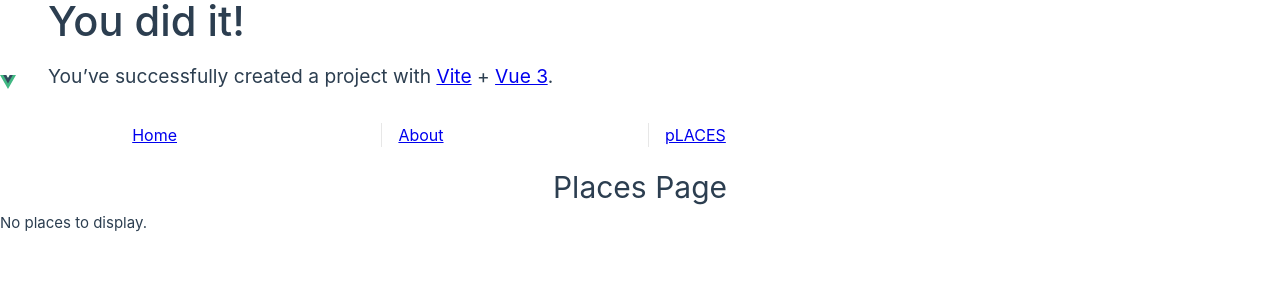
Repository: KevMn6ix/MOD8-2232-GRA-Damois-Leroi--Morant-Munto
Page: /places/travel (app in MOD8-2232-GRA-Damois-Leroi--Morant-Munto/)
These files come from the project's save history. The page is drawn as it stood at one moment and after the next save; the edit follows.
The browser window is 1280 px wide. The pictures show the whole page.
The project was rebuilt for these pictures with package versions that can differ from the ones it lists, and the page was loaded fresh each time. Also part of the build but not shown: MOD8-2232-GRA-Damois-Leroi--Morant-Munto/vite.config.js, MOD8-2232-GRA-Damois-Leroi--Morant-Munto/src/components/RowLandingPage.vue, MOD8-2232-GRA-Damois-Leroi--Morant-Munto/src/components/PlaceItem.vue, MOD8-2232-GRA-Damois-Leroi--Morant-Munto/src/components/PlaceList.vue.

Above is the page before, as saved 2023-10-04 11:22:38.

### MOD8-2232-GRA-Damois-Leroi--Morant-Munto/src/App.vue
<script setup>
import { RouterLink, RouterView } from 'vue-router'
import HelloWorld from './components/HelloWorld.vue'
</script>

<template>
  <header>
    <img alt="Vue logo" class="logo" src="@/assets/logo.svg" width="125" height="125" />

    <div class="wrapper">
      <HelloWorld msg="You did it!" />

      <nav>
        <RouterLink to="/">Home</RouterLink>
        <RouterLink to="/about">About</RouterLink>
        <RouterLink to="/places/:types">pLACES</RouterLink>
      </nav>
    </div>
  </header>

  <RouterView />
</template>

<style scoped>
header {
  line-height: 1.5;
  max-height: 100vh;
}

.logo {
  display: block;
  margin: 0 auto 2rem;
}

nav {
  width: 100%;
  font-size: 12px;
  text-align: center;
  margin-top: 2rem;
}

nav a.router-link-exact-active {
  color: var(--color-text);
}

nav a.router-link-exact-active:hover {
  background-color: transparent;
}

nav a {
  display: inline-block;
  padding: 0 1rem;
  border-left: 1px solid var(--color-border);
}

nav a:first-of-type {
  border: 0;
}

@media (min-width: 1024px) {
  header {
    display: flex;
    place-items: center;
    padding-right: calc(var(--section-gap) / 2);
  }

  .logo {
    margin: 0 2rem 0 0;
  }

  header .wrapper {
    display: flex;
    place-items: flex-start;
    flex-wrap: wrap;
  }

  nav {
    text-align: left;
    margin-left: -1rem;
    font-size: 1rem;

    padding: 1rem 0;
    margin-top: 1rem;
  }
}
</style>

### MOD8-2232-GRA-Damois-Leroi--Morant-Munto/src/router/index.js
import { createRouter, createWebHistory } from 'vue-router'
import HomeView from '../views/HomeView.vue'

const router = createRouter({
  history: createWebHistory(import.meta.env.BASE_URL),
  routes: [
    {
      path: '/',
      name: 'home',
      component: HomeView
    },
    {
      path: '/about',
      name: 'about',
      // route level code-splitting
      // this generates a separate chunk (About.[hash].js) for this route
      // which is lazy-loaded when the route is visited.
      component: () => import('../views/AboutView.vue')
    },
    {
      path: '/places/:types',
      name: 'PlacesList',

      component: () => import('../views/PlaceListView.vue')
    },
    {

      path: '/places/:types/:id',
      name: 'PlacePage',

      component: () => import('../views/PlacesPage.vue')


    }
  ]
})

export default router

### MOD8-2232-GRA-Damois-Leroi--Morant-Munto/src/views/HomeView.vue
<script setup>
import { ref } from 'vue'
import NavBar from '../components/NavBar.vue';
import RowLandingPage from '../components/RowLandingPage.vue';
import PlaceList from '../components/PlaceList.vue';
import { RouterLink} from 'vue-router'
const userInput = ref('');
let id = ref(0);
const placeList = ref([
  {Id: ++id, Title: "Brutopia", Address: "888 rjij", Rating: 2, HygieneRating: 5, AmbianceRating: 3, PriceRating: 5},
  {Id: ++id, Title: "cheval blanc", Address: "56656 fd", Rating: 3, HygieneRating: 3, AmbianceRating: 4, PriceRating: 2},
  {Id: ++id, Title: "nyx", Address: "86 sfd", Rating: 1, HygieneRating: 4, AmbianceRating: 4, PriceRating: 2}
])
</script>

<template>
  <header>
    <NavBar @user-input="(termInputed) => {userInput = termInputed; console.log(termInputed)}"/>
  </header>
  <main id="home-body">
    <div v-if="userInput === ''">
    <h1>
      Visit the most beautiful places with MTL<br>Student Spot !
    </h1>

    <RouterLink :to="{name : 'PlacesPage', params : {types: 'restaurants'}}">

      <!-- <img class="logo" src="../assets/restaurant.jpg" alt="restaurant">  -->

    <RowLandingPage textId="restaurant" textTitle="Restaurant"/>
    </RouterLink>

    <RouterLink :to="{name : 'PlacesPage', params : {types: 'activities'}}">
      <RowLandingPage textId="travel" textTitle="Travel"/>
    </RouterLink>

    <RouterLink :to="{name : 'PlacesPage', params : {types: 'travel'}}">
      <RowLandingPage textId="activity" textTitle="Activity"/>
    </RouterLink>

  </div>
  <div v-else>
    <PlaceList :searchTerms="userInput" :placeArray="placeList"/>
  </div>


  </main>
  <router-link to="/places/review" name='placereview'> review</router-link>
</template>
<style>
h1 {
  text-align: center;
}
header {
  line-height: 1.5;
  max-height: 100vh;
}
.logo {
  display: block;
  margin: 0 auto 2rem;
}

nav {
  width: 100%;
  font-size: 12px;
  text-align: center;
  margin-top: 2rem;
}
#home-body {
  margin-top: 8%;
}
@media (min-width: 1024px) {
  header {
    display: flex;
    place-items: center;
    padding-right: calc(var(--section-gap) / 2);
  }

  .logo {
    margin: 0 2rem 0 0;
  }
  header .wrapper {
    display: flex;
    place-items: flex-start;
    flex-wrap: wrap;
  }
  nav {
    text-align: left;
    margin-left: -1rem;
    font-size: 1rem;

    padding: 1rem 0;
    margin-top: 1rem;
  }
}
</style>

### MOD8-2232-GRA-Damois-Leroi--Morant-Munto/src/views/PlaceListView.vue
<script>
    import PlaceItem from '../components/PlaceItem.vue'; // Import your PlaceItem component here

    export default {
    components: {
        PlaceItem,
    },
    data() {
        return {
        pageTitle: 'Places Page',
        loadedPlaces: [], // Initialize with an empty array
        };
    },
    created() {
        // Access the type parameter from the URL
        const type = this.$route.params.type;

        // Simulate loading places based on the 'type' parameter
        switch (type) {
        case 'restaurants':
            this.loadedPlaces = [
            // Simulate a database response
            ];
            break;
        case 'activities':
            this.loadedPlaces = [
            // Simulate a database response
            ];
            break;
        case 'travel':
            this.loadedPlaces = [
            // Simulate a database response
            ];
            break;
        default:
            this.loadedPlaces = [];
        }
    },
    };
</script>
/** the purpose of this view is to display list of of all the place corresponding to a specific type*/
<template>
    <div>
      <h1>{{ pageTitle }}</h1>

      <!-- Display Places -->
      <div v-if="loadedPlaces.length > 0">
        <PlaceItem
          v-for="(place, index) in loadedPlaces"
          :key="index"
          :rating="place.rating"
          :id="place.id"
        >
          <!-- Customize the slots as needed -->
        </PlaceItem>
      </div>
      <div v-else>
        <p>No places to display.</p>
      </div>
    </div>
</template>

### MOD8-2232-GRA-Damois-Leroi--Morant-Munto/src/components/NavBar.vue
<script setup>
import { ref } from 'vue'
const emit = defineEmits(['user-input'])
const UserInput = ref('')
function sendUserInput() {
    console.log(UserInput.value)
    emit('user-input', UserInput.value)
}
</script>
/** This component is hte bar at the top of the screen */
<template>
    <nav id="head-bar">
        <img src="../assets/logoMTL.png">
        <h3>
            MTLSudentSpot
        </h3>
        <input type="text" v-model="UserInput" @input="sendUserInput">
        <div>
        <button>
            Log In
        </button>
        <button>
            Sign In
        </button>
    </div>
    </nav>
</template>
<style>
nav {
    display: flex;
    flex-wrap: wrap;
    justify-content: space-around;
    align-items: center;
    padding: 0;
    margin: 0;
    align-items: center;
    flex-grow: 3;
    min-width: 178px;
    gap: 20px;
}
img {
    margin-left: 3px;
    height: 20px;
    width: 16px;
}
input {
    flex-grow: 3;
}
</style>

Loaded but not shown: MOD8-2232-GRA-Damois-Leroi--Morant-Munto/index.html (common file); MOD8-2232-GRA-Damois-Leroi--Morant-Munto/src/main.js (common file); MOD8-2232-GRA-Damois-Leroi--Morant-Munto/src/assets/main.css (common file); MOD8-2232-GRA-Damois-Leroi--Morant-Munto/src/assets/base.css (common file); MOD8-2232-GRA-Damois-Leroi--Morant-Munto/src/components/HelloWorld.vue (common file)

After the next save:
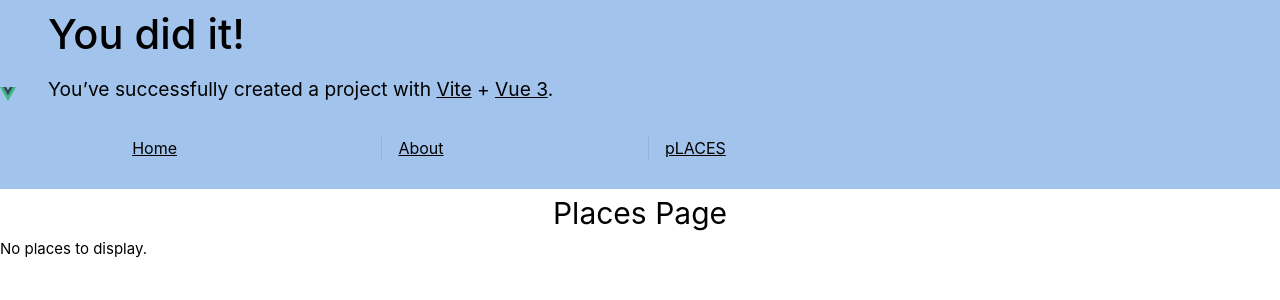
Saved 105 s later.
--- a/MOD8-2232-GRA-Damois-Leroi--Morant-Munto/src/views/HomeView.vue
+++ b/MOD8-2232-GRA-Damois-Leroi--Morant-Munto/src/views/HomeView.vue
@@ -7,9 +7,10 @@
 const userInput = ref('');
 let id = ref(0);
 const placeList = ref([
-  {Id: ++id, Title: "Brutopia", Address: "888 rjij", Rating: 2, HygieneRating: 5, AmbianceRating: 3, PriceRating: 5},
+  {Id: ++id, Title: "Brutopia", Address: "888 rjij", Rating: 2, HygieneRating: 5, AmbianceRating: 3, PriceRating: 5, Picture: "https://css-tricks.com/wp-content/uploads/2018/10/align-items.svg"},
   {Id: ++id, Title: "cheval blanc", Address: "56656 fd", Rating: 3, HygieneRating: 3, AmbianceRating: 4, PriceRating: 2},
-  {Id: ++id, Title: "nyx", Address: "86 sfd", Rating: 1, HygieneRating: 4, AmbianceRating: 4, PriceRating: 2}
+  {Id: ++id, Title: "nyx", Address: "86 sfd", Rating: 1, HygieneRating: 4, AmbianceRating: 4, PriceRating: 2},
+  {Id: ++id, Title: "bnyx", Address: "86 sfd", Rating: 1, HygieneRating: 4, AmbianceRating: 4, PriceRating: 2, Picture:"https://cdn4.buysellads.net/uu/1/134955/1685040267-designdotdev5.jpg"}
 ])
 </script>
 
@@ -22,24 +23,13 @@
     <h1>
       Visit the most beautiful places with MTL<br>Student Spot !
     </h1>
-
-    <RouterLink :to="{name : 'PlacesPage', params : {types: 'restaurants'}}">
-
-      <!-- <img class="logo" src="../assets/restaurant.jpg" alt="restaurant">  -->
-
-    <RowLandingPage textId="restaurant" textTitle="Restaurant"/>
-    </RouterLink>
-
-    <RouterLink :to="{name : 'PlacesPage', params : {types: 'activities'}}">
-      <RowLandingPage textId="travel" textTitle="Travel"/>
-    </RouterLink>
-
-    <RouterLink :to="{name : 'PlacesPage', params : {types: 'travel'}}">
-      <RowLandingPage textId="activity" textTitle="Activity"/>
-    </RouterLink>
-
+    <ul id="browse">
+      <li id="travel"><RouterLink :to="{name : 'PlacesList', params : {types: 'travel'}}"><RowLandingPage textId="travel" textTitle="Travel"/></RouterLink></li>
+      <li id="restaurant"><RouterLink :to="{name : 'PlacesList', params : {types: 'restaurants'}}"><RowLandingPage textId="restaurant" textTitle="Restaurant"/></RouterLink></li>
+      <li id="activity"><RouterLink :to="{name : 'PlacesList', params : {types: 'activities'}}"><RowLandingPage textId="activity" textTitle="Activity"/></RouterLink></li>
+  </ul>
   </div>
-  <div v-else>
+  <div v-else id="research">
     <PlaceList :searchTerms="userInput" :placeArray="placeList"/>
   </div>
 
@@ -48,49 +38,89 @@
   <router-link to="/places/review" name='placereview'> review</router-link>
 </template>
 <style>
+* {
+    --light-color-background-restaurant: #a2c4ec;
+    --light-color-background-travel: #A5BDD9;
+    --light-color-background-activity: #9EB3CB;
+    --dark-color-background-restaurant: #a2c4ec9d;
+    --dark-color-background-travel: #a5bdd971;
+    --dark-color-background-activity: #9eb3cb0e;
+    --color-background-restaurant: var(--light-color-background-restaurant);
+    --color-background-travel: var(--light-color-background-travel);
+    --color-background-activity: var(--light-color-background-activity);
+    color: black;
+
+
+}
+main {
+  display: flex;
+  flex-direction: column;
+  flex-wrap:nowrap;
+}
+header {
+  padding-top: 1%;
+  padding-bottom: 1%;
+}
+@media (prefers-color-scheme: dark) {
+  * {
+        --color-background-restaurant: var(--dark-color-background-restaurant);
+        --color-background-travel: var(--dark-color-background-travel);
+        --color-background-activity: var(--dark-color-background-activity);
+        color: white;
+      }
+    }
+    header {
+  background-color: var(--color-background-restaurant);
+}
 h1 {
   text-align: center;
+  min-width: 189px;
 }
-header {
-  line-height: 1.5;
-  max-height: 100vh;
+#browse li {
+  /*
+  display: flex;*/
+  padding: 6%;
+
 }
-.logo {
-  display: block;
-  margin: 0 auto 2rem;
-}
-
-nav {
-  width: 100%;
-  font-size: 12px;
-  text-align: center;
-  margin-top: 2rem;
-}
-#home-body {
-  margin-top: 8%;
-}
-@media (min-width: 1024px) {
-  header {
-    display: flex;
-    place-items: center;
-    padding-right: calc(var(--section-gap) / 2);
-  }
-
-  .logo {
-    margin: 0 2rem 0 0;
-  }
-  header .wrapper {
-    display: flex;
-    place-items: flex-start;
-    flex-wrap: wrap;
-  }
-  nav {
-    text-align: left;
-    margin-left: -1rem;
-    font-size: 1rem;
-
-    padding: 1rem 0;
-    margin-top: 1rem;
+@media (min-width: 500px) {
+  #browse li {
+    padding: 3%;
   }
 }
+@media (min-height: 500px) {
+  #browse li {
+    padding: 3%;
+  }
+}
+ul {
+  list-style-type: none;
+  /*
+  justify-content: flex-start;
+  */
+  padding: 0;
+  text-decoration: none;
+  max-height: 100px;
+}
+#restaurant {
+  background-color: var(--color-background-restaurant);
+  justify-self: start;
+  text-align: end;
+
+}
+#travel {
+  background-color: var(--color-background-travel);
+
+}
+#activity {
+  background-color: var(--color-background-activity);
+
+}
+#research {
+  display: flex;
+  justify-content: center;
+  flex-direction: column;
+}
+#research li {
+  padding: 1%;
+}
 </style>
